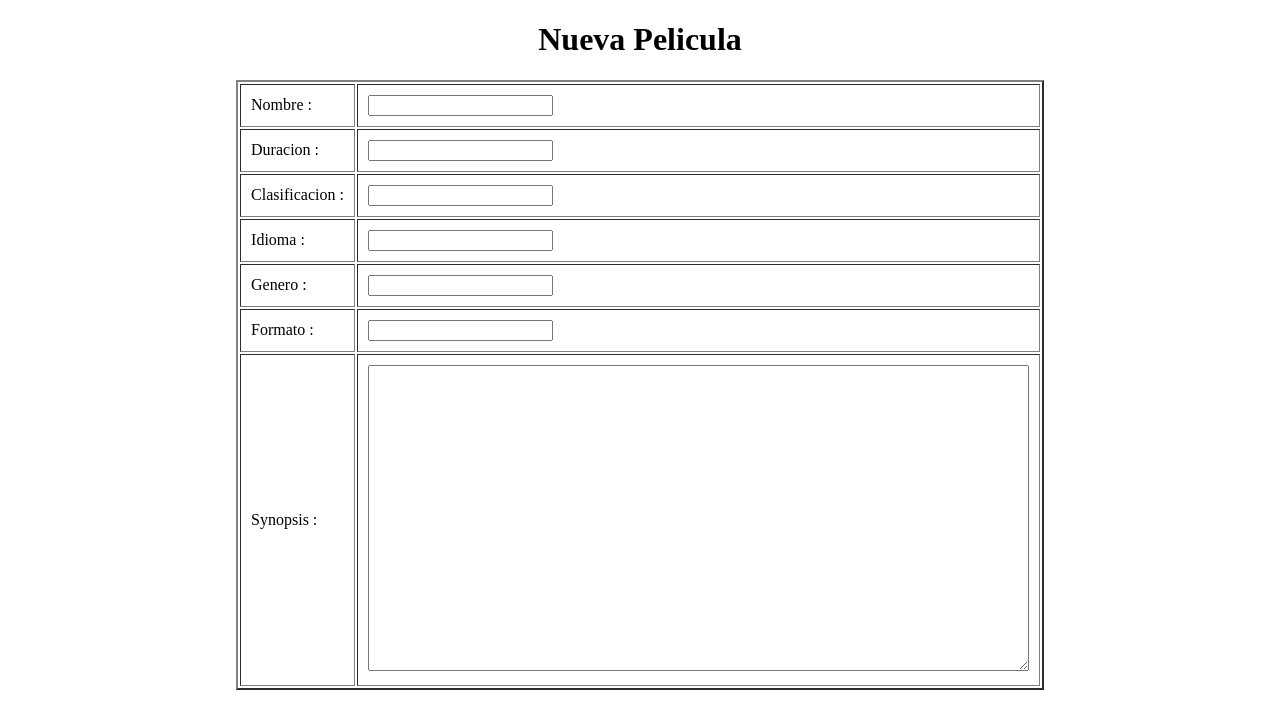
Repository: Insituto-Certus/PlataformaWebMARZO-2024
Page: http://localhost/moduloPeliculas/nuevaPelicula
The author's editor kept a copy of each file at every save. The page is drawn from the files as they stood at one save, then again after the next save.
The browser window is 1280 px wide. The pictures show the whole page.
The page is this project's Thymeleaf template; nobody is signed in. The template is opened directly, without the code that normally fills it, so the values that code supplies are empty.

Above is the page before, as saved 2024-05-07 02:03:52.

### Semana05/src/main/resources/templates/moduloPeliculas/nuevaPelicula.html
<!DOCTYPE html>
<html xmlns="http://www.w3.org/1999/xhtml"
	xmlns:th="http://www.thymeleaf.org">
<head>
<meta charset="ISO-8859-1">
<title>Crear Nueva Pelicula</title>
</head>
<body>

<div align="center">
     <h1>Nueva Pelicula</h1>
      <form action="#" th:action="@{/peliculas/guardar}" th:object="${pelicula}" method="post" >
      <table border="2" cellpadding="10">
           <tr>
              <td>Nombre :</td>
              <td><input type="text" th:field="*{nombre}"></td>
           </tr>

           <tr>
              <td>Duracion :</td>
              <td><input type="text" th:field="*{duracion}"></td>
           </tr>

           <tr>
              <td>Clasificacion :</td>
              <td><input type="text" th:field="*{clasificacion}"></td>
           </tr>

           <tr>
              <td>Idioma :</td>
              <td><input type="text" th:field="*{idioma}"></td>
           </tr>

           <tr>
              <td>Genero :</td>
              <td><input type="text" th:field="*{genero}"></td>
           </tr>

           <tr>
              <td>Formato :</td>
              <td><input type="text" th:field="*{formato}"></td>
           </tr>

           <tr>
              <td>Synopsis :</td>
              <td><textarea rows = "20" cols = "80" th:field="*{synopsis}"> </textarea></td>
           </tr>


      </table>





      </form>

</div>

</body>
</html>

After the next save:
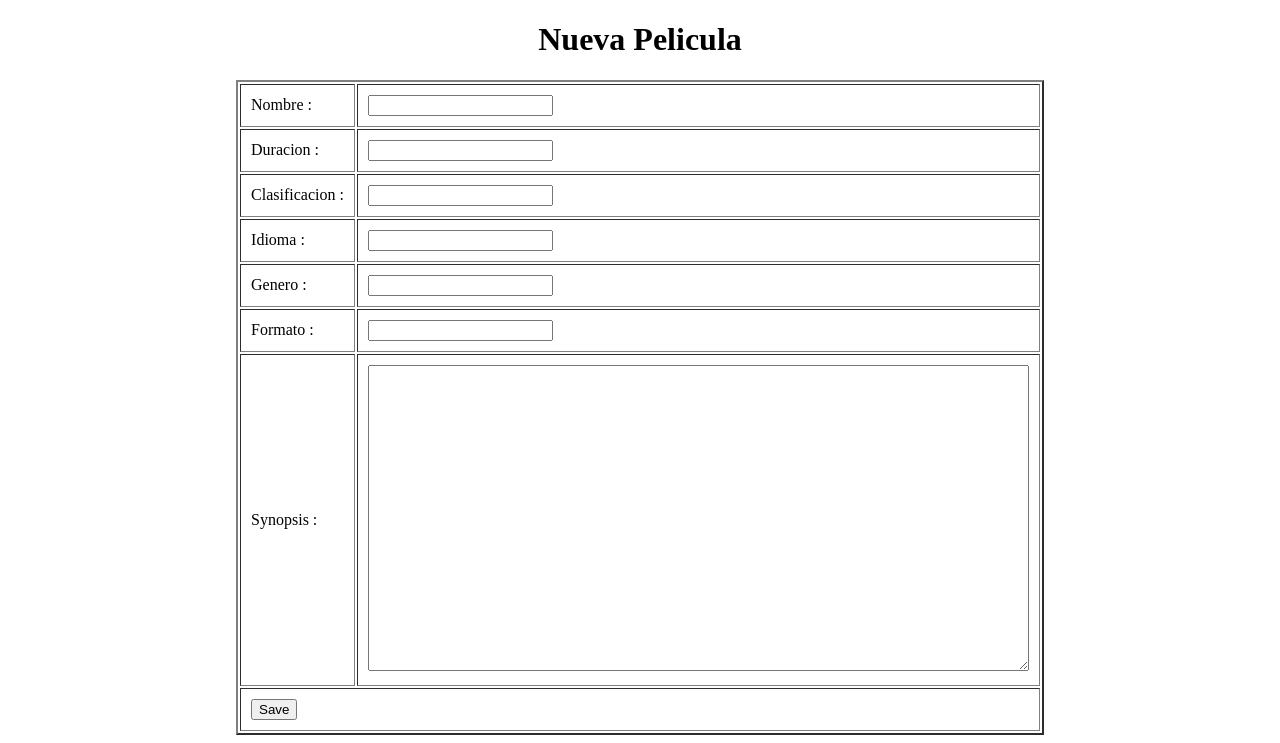
Saved 60 s later.
--- a/Semana05/src/main/resources/templates/moduloPeliculas/nuevaPelicula.html
+++ b/Semana05/src/main/resources/templates/moduloPeliculas/nuevaPelicula.html
@@ -46,6 +46,10 @@
               <td><textarea rows = "20" cols = "80" th:field="*{synopsis}"> </textarea></td>
            </tr>
 
+           <tr>
+           <td colspan="2"><button type="submit">Save</button></td>
+           </tr>
+
 
       </table>
 
